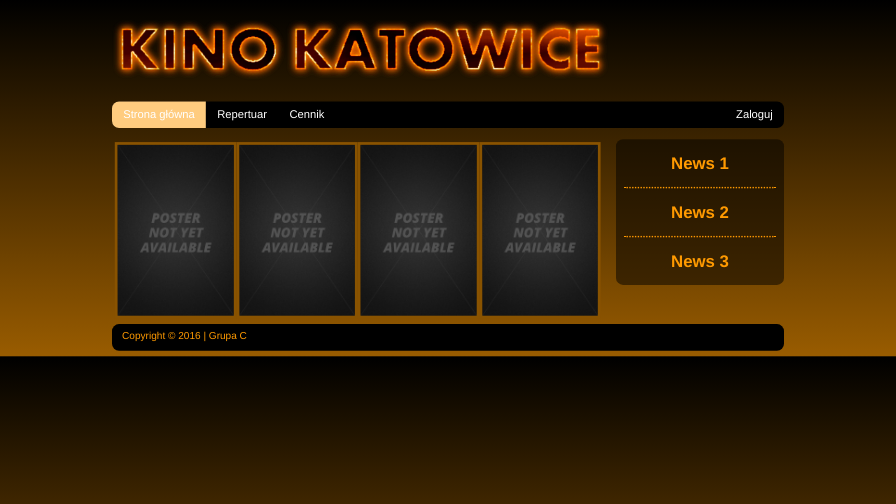
Repository: Gate4/Grupa-C
Page: http://localhost/KinoWebApp/WEB-INF/jsp/welcome.jsp
The author's editor kept a copy of each file at every save. The page is drawn from the files as they stood at one save, then again after the next save.
The browser window is 1280 px wide. The pictures show the part of the page from y = 0 to 1920 px (the page is 720 px tall before and 3202 px after), at 70% of full size.
Some web libraries are served in a nearby version. The page is served by Tomcat 9. Nobody is signed in. The template is opened directly, without the code that normally fills it, so the values that code supplies are empty.

Above is the page before, as saved 2016-04-21 21:29:20.

After the next save:
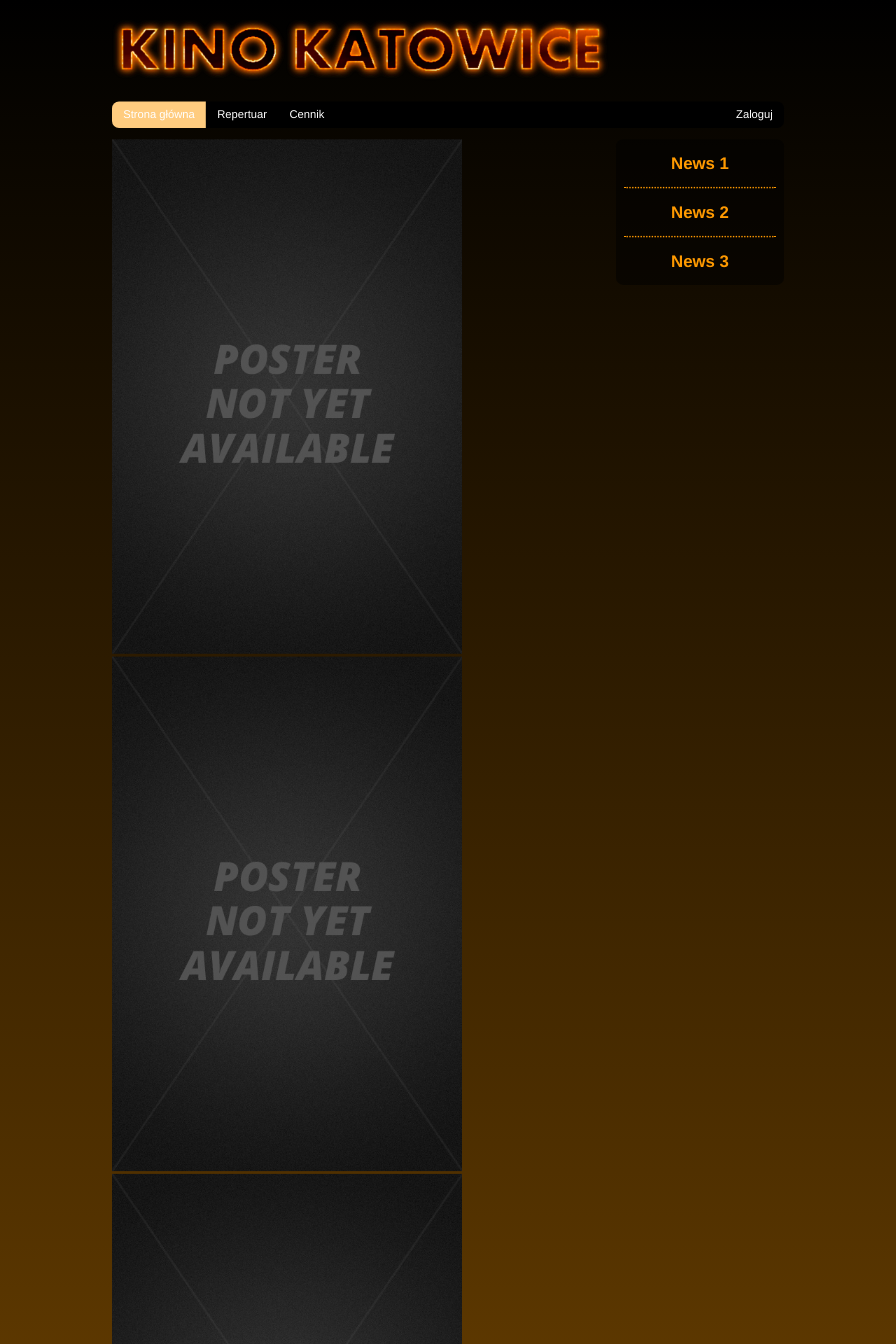
Saved 95 s later.
--- a/KinoWebApp/WebContent/WEB-INF/jsp/welcome.jsp
+++ b/KinoWebApp/WebContent/WEB-INF/jsp/welcome.jsp
@@ -31,16 +31,16 @@
 
 	<div id="content" role="main">
 		<section class="primary">
-			<section class="tile">
+			<section class="poster">
 				<a href='#'><img src="resources/img/poster4.jpg" alt="Tytuł filmu 1"></a>
 			</section>
-			<section class="tile">
+			<section class="poster">
 				<a href='#'><img src="resources/img/poster4.jpg" alt="Tytuł filmu 2"></a>
 			</section>
-			<section class="tile">
+			<section class="poster">
 				<a href='#'><img src="resources/img/poster4.jpg" alt="Tytuł filmu 3"></a>
 			</section>
-			<section class="tile">
+			<section class="poster">
 				<a href='#'><img src="resources/img/poster4.jpg" alt="Tytuł filmu 4"></a>
 			</section>
 

After the save that followed:
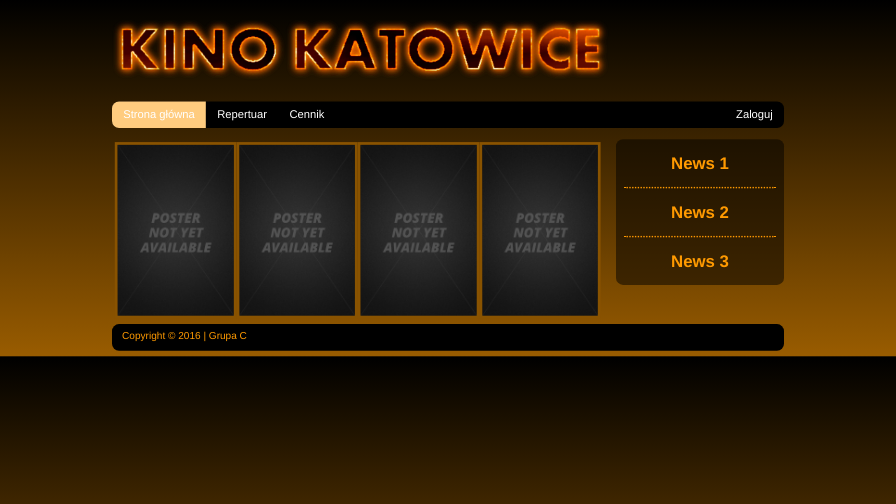
Saved 26 s later.
--- a/KinoWebApp/WebContent/resources/style.css
+++ b/KinoWebApp/WebContent/resources/style.css
@@ -10,7 +10,7 @@ body{
 	margin: 0 auto;
 }
 
-#logo, .primary, .tile{
+#logo, .primary, .poster{
 	float: left;
 }
 
@@ -94,19 +94,19 @@ nav ul li:last-child a:hover, nav ul li:last-child a.active{
 	display: none;
 }
 
-.tile{
+.poster{
 	width: 23%;
 	padding: 4px 4px 4px 4px;
 }
 
-.tile img{
+.poster img{
 	border-style: solid;
     border-width: 4px;
     border-color: #895300;
 	width: 100%;
 }
 
-.tile img:hover{
+.poster img:hover{
 	border-style: solid;
     border-width: 4px;
     border-color: #ffb13b;
